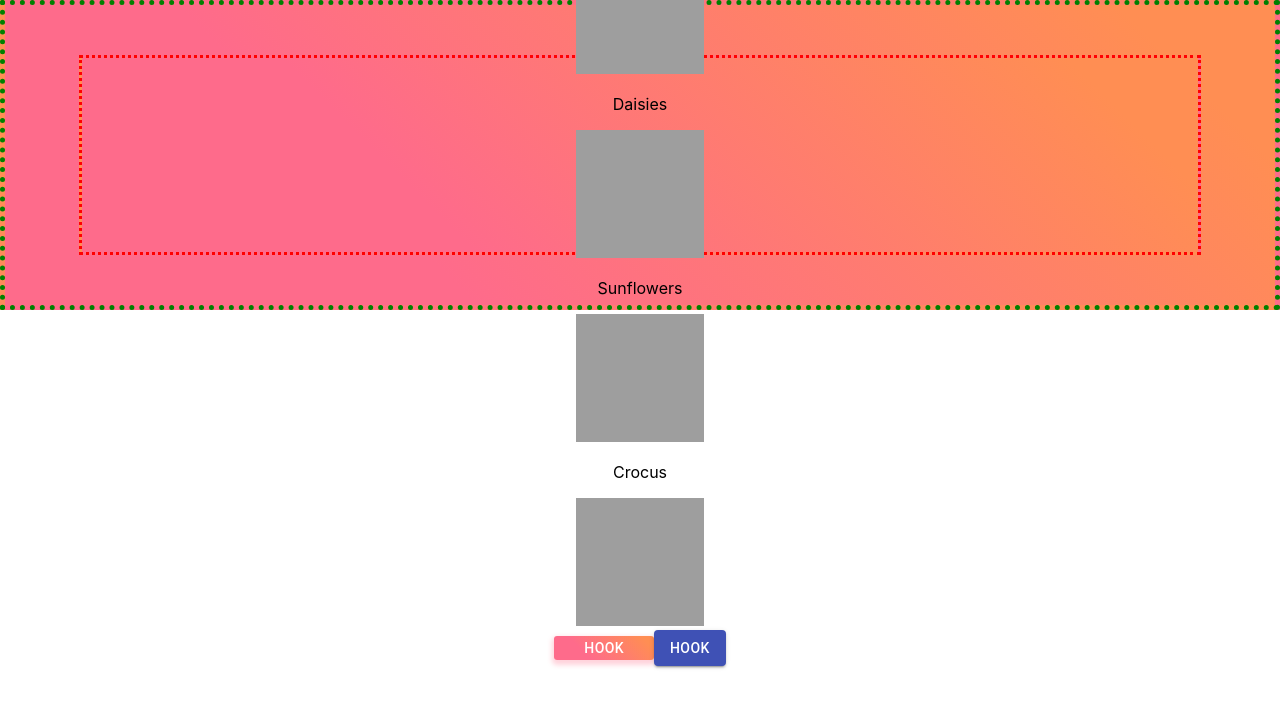
Repository: DevLuDaley/react-flower-shop
Page: /
The author's editor kept a copy of each file at every save. The page is drawn from the files as they stood at one save, then again after the next save.
The browser window is 1280 px wide. The pictures show the whole page.
Pictures or frames that could not be fetched are drawn as grey boxes. The project was rebuilt for these pictures with package versions that can differ from the ones it lists, and the page was loaded fresh each time.

Above is the page before, as saved 2021-02-19 21:46:22.

After the next save:
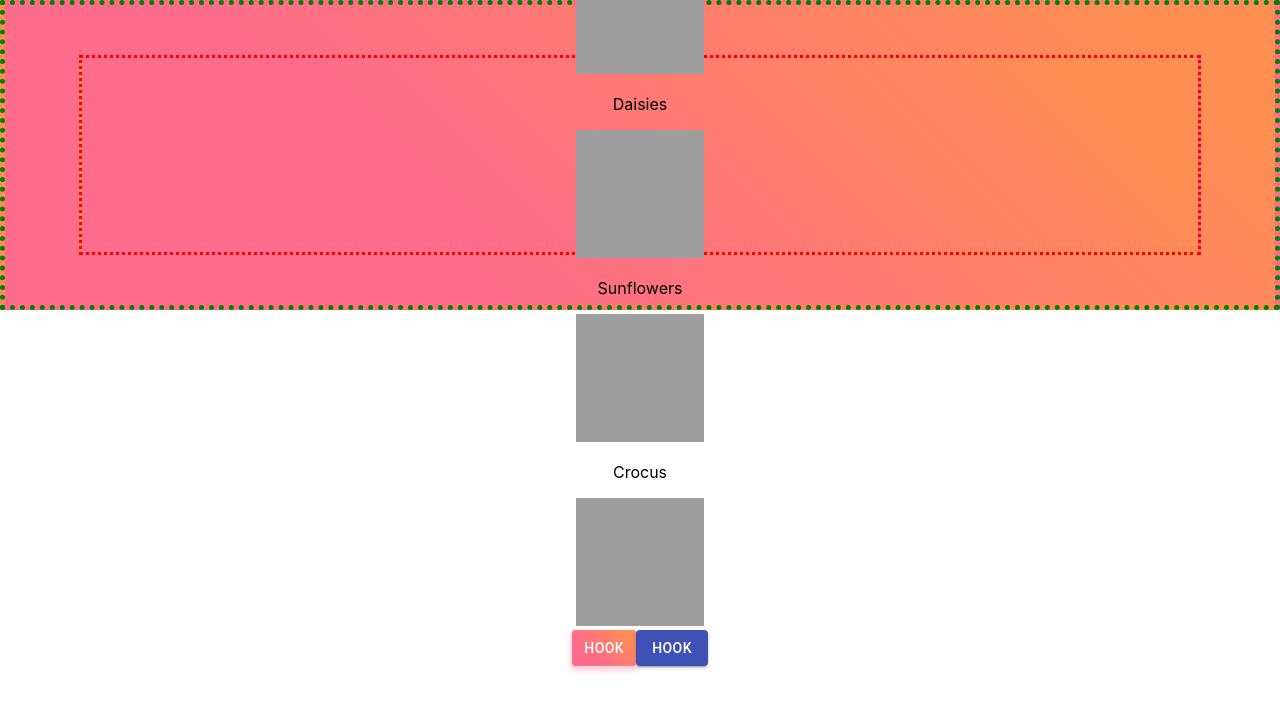
Saved 13 s later.
--- a/src/components/FlowerGallery.js
+++ b/src/components/FlowerGallery.js
@@ -14,7 +14,7 @@
     boxShadow: '0 3px 5px 2px rgba(255, 105, 135, .3)',
     color: 'white',
     // height: 48,
-    padding: '0 30px',
+    // padding: '0 30px',
   },
 });
 

After the save that followed:
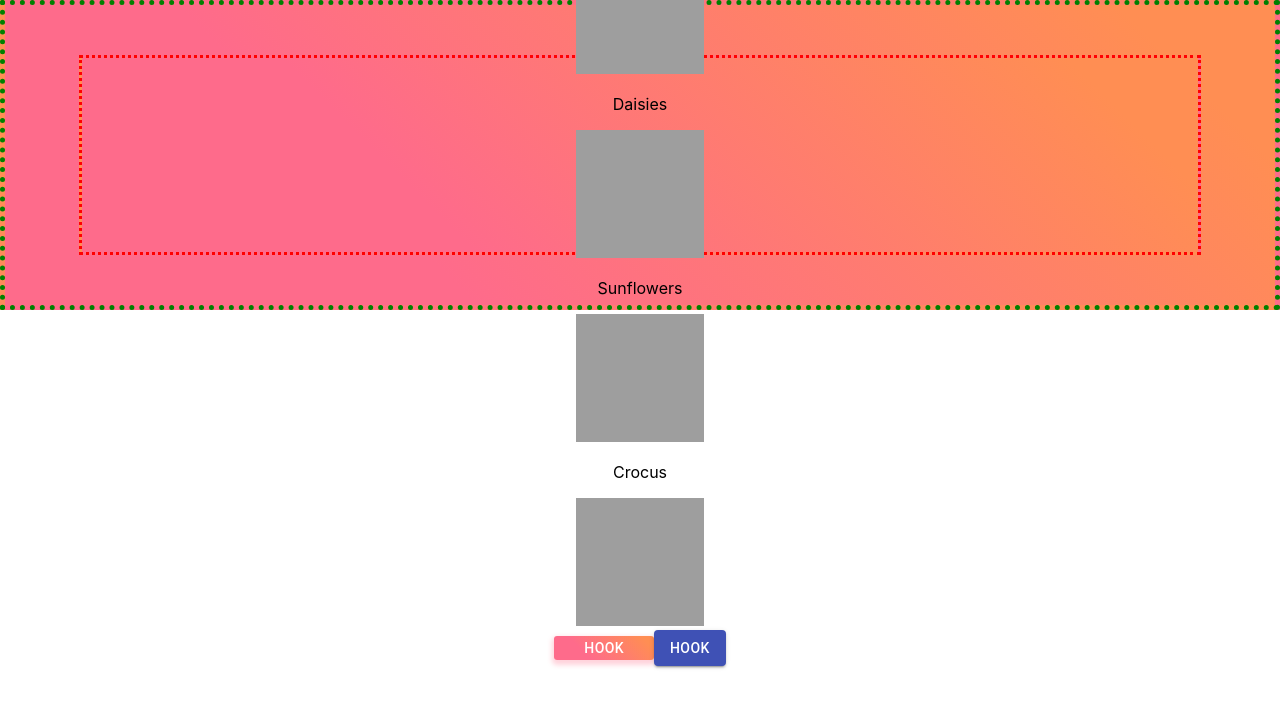
Saved 12 s later.
--- a/src/components/FlowerGallery.js
+++ b/src/components/FlowerGallery.js
@@ -14,7 +14,7 @@
     boxShadow: '0 3px 5px 2px rgba(255, 105, 135, .3)',
     color: 'white',
     // height: 48,
-    // padding: '0 30px',
+    padding: '0 30px',
   },
 });
 
